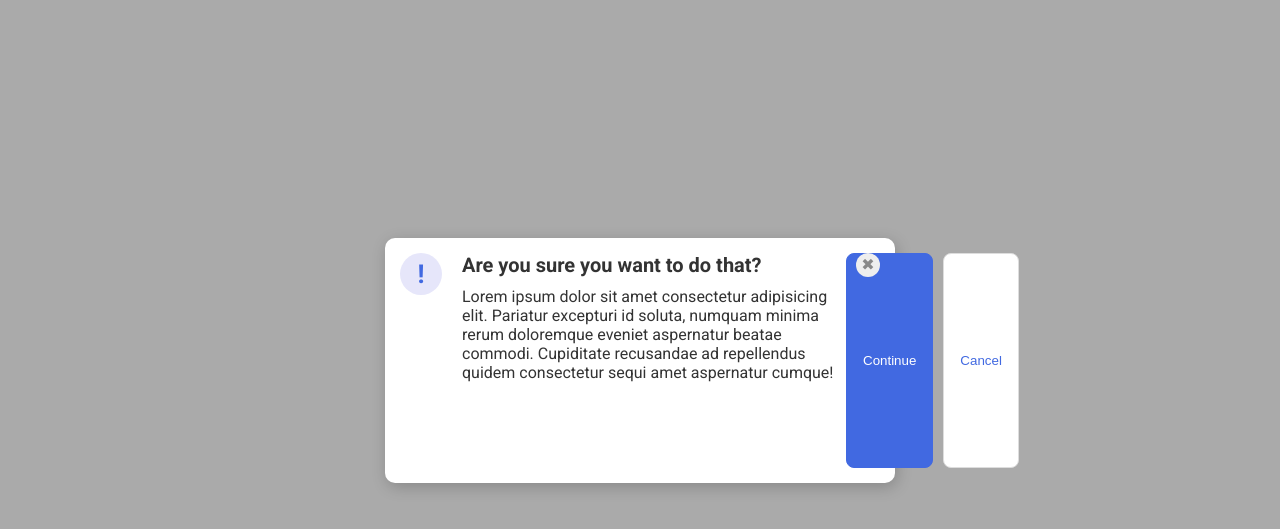
Repository: ridgely/css-exercises
Page: flex/05-flex-modal/index.html
An editor plug-in stored every save of this project. The page is shown before and after the next save, followed by the edit.
The browser window is 1280 px wide. The pictures show the whole page.

Above is the page before, as saved 2022-07-06 14:39:55.

### flex/05-flex-modal/index.html
<!DOCTYPE html>
<html lang="en">
  <head>
    <meta charset="UTF-8">
    <meta http-equiv="X-UA-Compatible" content="IE=edge">
    <meta name="viewport" content="width=device-width, initial-scale=1.0">
    <link rel="stylesheet" href="style.css">
    <title>Modal</title>
  </head>
  <body>
    <div class="modal">
      <div class="column-1">
        <div class="icon">!</div>
      </div>
      <div class="column-2">
        <div class="header">Are you sure you want to do that?</div>
        <div class="text">Lorem ipsum dolor sit amet consectetur adipisicing elit. Pariatur excepturi id soluta, numquam minima rerum doloremque eveniet aspernatur beatae commodi. Cupiditate recusandae ad repellendus quidem consectetur sequi amet aspernatur cumque!</div>
        <button class="continue">Continue</button>
        <button class="cancel">Cancel</button>
      </div>
      <div class="column-3">
        <div class="close-button">✖</div>
      </div>
    </div>
  </body>
</html>

### flex/05-flex-modal/style.css
@import url('https://fonts.googleapis.com/css2?family=Roboto:wght@400;700&display=swap');

html, body {
  height: 100%;
}

body {
  font-family: Roboto, sans-serif;
  margin: 0;
  background: #aaa;
  color: #333;
  /* I'll give you this one for free lol */
  display: flex;
  align-items: center;
  justify-content: center;
}

.modal {
  background: white;
  width: 480px;
  border-radius: 10px;
  box-shadow: 2px 4px 16px rgba(0,0,0,.2);
  display: flex;
  gap: 20px;
  padding: 15px;
}

.icon {
  color: royalblue;
  font-size: 26px;
  font-weight: 700;
  background: lavender;
  width: 42px;
  height: 42px;
  border-radius: 50%;
  display: flex;
  align-items: center;
  justify-content: center;
}

.column-2 {
  display: flex;
  flex-direction: column;
  flex-wrap: wrap;
  gap: 10px;
}

.header {
  font-weight: bold;
  font-size: 20px;
}

.close-button {
  background: #eee;
  border-radius: 50%;
  color: #888;
  font-weight: 400;
  font-size: 16px;
  height: 24px;
  width: 24px;
  display: flex;
  align-items: center;
  justify-content: center;
}

button {
  padding: 8px 16px;
  border-radius: 8px;
  align-self: flex-start;
  flex-basis: 100%;
}

button.continue {
  background: royalblue;
  border: 1px solid royalblue;
  color: white;
}

button.cancel {
  background: white;
  border: 1px solid #ddd;
  color: royalblue;
}

After the next save:
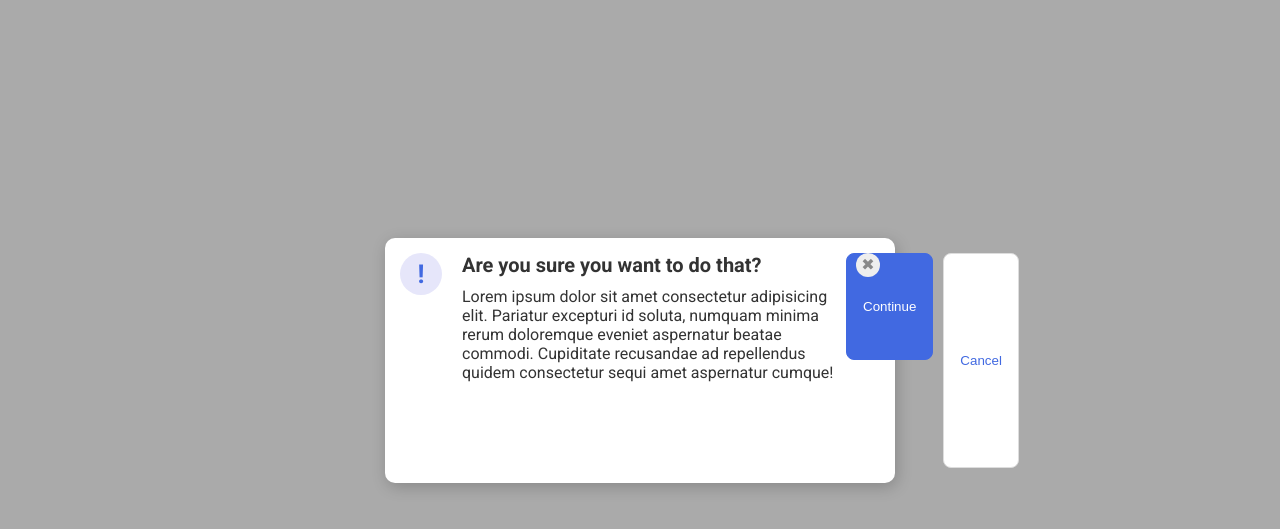
Saved 21 s later.
--- a/flex/05-flex-modal/style.css
+++ b/flex/05-flex-modal/style.css
@@ -74,6 +74,7 @@ button.continue {
   background: royalblue;
   border: 1px solid royalblue;
   color: white;
+  flex-basis: 50%;
 }
 
 button.cancel {
